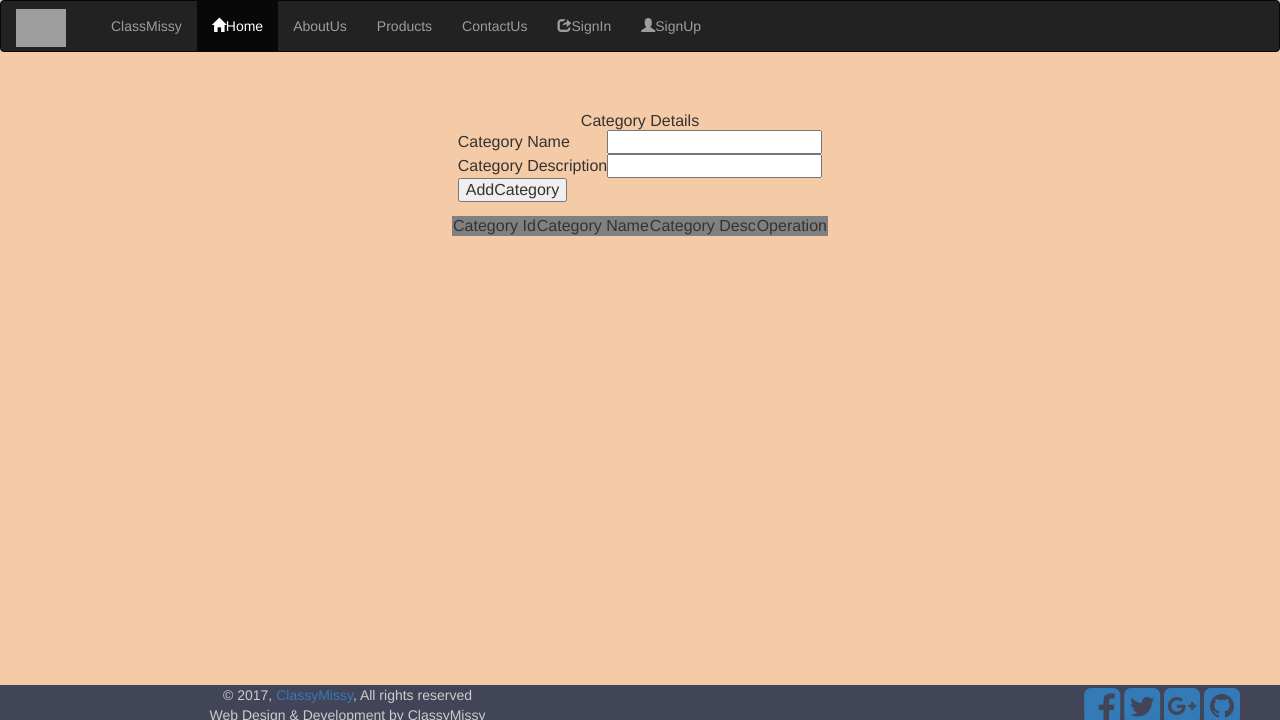
Repository: ananthi024/eCommerce-Project
Page: http://localhost/ClassyMissyFrontend/WEB-INF/views/Category.jsp
An editor plug-in stored every save of this project. The page is shown before and after the next save, followed by the edit.
The browser window is 1280 px wide. The pictures show the whole page.
Pictures or frames that could not be fetched are drawn as grey boxes. Some web libraries are served in a nearby version. The page is served by Tomcat 9. Nobody is signed in. Other server files are loaded and not shown. The template is opened directly, without the code that normally fills it, so the values that code supplies are empty.

Above is the page before, as saved 2017-07-11 17:40:16.
Console error (its wording comes from the project's code and is left out).

### 13th July/MyProject/ClassyMissyFrontend/src/main/webapp/WEB-INF/views/Category.jsp
<%@ page language="java" contentType="text/html"%>
 <%@ taglib uri="http://java.sun.com/jsp/jstl/core" prefix="c" %>

<%@include file="Header.jsp" %>

<!-- Category Form Started -->
<c:if test="${flag }">
<form action = "/ClassyMissyFrontend/updateCategory" method = "post" />
</c:if>
<c:if test="${!flag}">
<form action="AddCategory" method="post">
</c:if>
<table align="center" cellspacing="2">
	<tr>
		<td colspan="2"><center>Category Details</center></td><br>
		<c:if test="${flag}">
		<input type="hidden" name="catid" value="${category.catid}"/>
		</c:if>
	</tr>
	<tr>
	<td>Category Name</td>
	<c:if test="${flag}">
	<td><input type="text" name="catname" value="${category.catname }"/></td>
	</c:if><br>
	<c:if test="${!flag}">
	<td><input type="text" name="catname"/></td>
	</c:if>
	</tr>
	<tr>
	<td>Category Description</td>
	<c:if test="${flag}">
	<td><input type="text" name="catdesc" value="${category.catdesc }"/></td>
	</c:if>
	<c:if test="${!flag}">
	<td><input type="text" name="catdesc"/></td>
	</c:if>
	</tr>
	<tr>
	<td colspan="2">
		<input type="submit" value="AddCategory"/>
	</td>
	</tr>
	<tr>

	</tr>

</table>
</form>
<!-- Category Form Completed -->


<!-- Displaying the Category data using Table -->
<table cellspacing="2" align="center" border="1">
<tr bgcolor="gray">
<td>Category Id</td>
<td>Category Name</td>
<td>Category Desc</td>
<td>Operation</td>
</tr>
<c:forEach items="${catdetail}" var="category">
<tr bgcolor="pink">
<td>${category.catid}</td>
<td>${category.catname}</td>
<td>${category.catdesc}</td>
<td>
<a href="<c:url value="deleteCategory/${category.catid }"/>">Delete</a>
<a href="<c:url value="updateCategory/${category.catid }"/>">Update</a>
</td>
</tr>
</c:forEach>
</table>
<!--Completed Displaying Table--->
<%@include file="Footer.jsp" %>
</body>
</html>

### 13th July/MyProject/ClassyMissyFrontend/src/main/webapp/WEB-INF/views/Header.jsp
<%@ page language="java" contentType="text/html"%>
<%@ taglib uri="http://java.sun.com/jsp/jstl/core" prefix="c" %>
<html>
<head>
<title>ClassyMissy</title>

<meta name="viewport" content="width=device-width,initial-scale=1">
<link rel="stylesheet" href="https://maxcdn.bootstrapcdn.com/bootstrap/3.3.7/css/bootstrap.min.css">
<script src="https://maxcdn.bootstrapcdn.com/bootstrap/3.3.7/js/bootstrap.min.js"></script>
<script src="https://ajax.googleapis.com/ajax/libs/jquery/3.1.1/jquery.min.js"></script>

</head>
<body style="background-color:#f5cba7">
<form action="gh">
<!-- Starting The Navbar Code -->
<nav class="navbar navbar-inverse">
<div class="container-fluid">

<div class="navbar-header">
<a class="navbar-brand" rel="home" href="#" title="The Exprssion of Pearl">
                <img style="max-width:50px; margin-top: -7px;"
                     src="D:\cma2.jpg">
            </a>
<a class="navbar-brand" href="Home.jsp"></a>
</div>
<div>
<c:if test="${sessionScope.loggedIn }">

<ul class="nav navbar-nav">
<li>ClassMissy</li>
<li class="active"><a href="AdminHome"><span class="glyphicon glyphicon-home"></span>Home</a></li>
<li><a href="Category">Manage Category</a></li>
<li><a href="Product">Manage Products</a>
<li><a href="Supplier">Manage Supplier</a></li>

<div class="nav navbar-nav navbar-right">
<li><a href="#">${sessionScope.username}</a></li>
<li><a href="Header">Logout</a></li>


  </div>

 </ul>
 </div>
 </c:if>
  </div>
<div>
<c:if test="${!sessionScope.loggedIn }">

<ul class="nav navbar-nav">
<li><a href="">ClassMissy</a></li>
<li class="active"><a href="index.jsp"><span class="glyphicon glyphicon-home"></span>Home</a></li>
<li><a href="AboutUs">AboutUs</a></li>
<li><a href="displayProduct">Products</a>
<li><a href="ContactUs">ContactUs</a></li>


<div class="nav navbar-nav navbar-right">
<li><a href="login"><span class="glyphicon glyphicon-share"></span>SignIn </a></li>
<li><a href="Register"><span class="glyphicon glyphicon-user"></span>SignUp </a></li>




</div>

</ul>
</c:if>
</div>
</div>

</nav>
</form>
</body>
</html>

### 13th July/MyProject/ClassyMissyFrontend/src/main/webapp/WEB-INF/views/Footer.jsp
<%@ page language="java" contentType="text/html"%>
<html>
<head>
<link href="//maxcdn.bootstrapcdn.com/font-awesome/4.1.0/css/font-awesome.min.css" rel="stylesheet">
<meta name="viewport" content="width=device-width,initial-scale=1">
<link rel="stylesheet" href="https://maxcdn.bootstrapcdn.com/bootstrap/3.3.7/css/bootstrap.min.css">
<script src="https://maxcdn.bootstrapcdn.com/bootstrap/3.3.7/js/bootstrap.min.js"></script>
<script src="https://ajax.googleapis.com/ajax/libs/jquery/3.1.1/jquery.min.js"></script>
<style type="text/css">
footer{
   background-color: #424558;
    position: fixed;
    bottom: 0;
    left: 0;
    right: 0;
    height: 35px;
    text-align: center;
    color: #CCC;
}

footer p {
    padding: 10.5px;
    margin: 0px;
    line-height: 100%;
}
</style>
</head>

<footer>
       <div class="footer-bottom">

	<div class="container">

		<div class="row">

			<div class="col-xs-12 col-sm-6 col-md-6 col-lg-6">

				<div class="copyright">

					© 2017, <a href="Home">ClassyMissy</a>, All rights reserved

				</div>

			</div>
			<div class="nav navbar-nav navbar-right">
               <div class="social-icons">

               <ul class="nomargin">

                <a href="https://www.facebook.com"><i id="social-fb" class="fa fa-facebook-square fa-3x social"></i></a>
	            <a href="https://twitter.com"><i id="social-tw" class="fa fa-twitter-square fa-3x social"></i></a>
	            <a href="https://plus.google.com"><i id="social-gp" class="fa fa-google-plus-square fa-3x social"></i></a>
	            <a href="https://github.com"><i id="social-gh" class="fa fa-github-square fa-3x social"></i></a>

                                    </ul>
                                </div></div>
			<div class="col-xs-12 col-sm-6 col-md-6 col-lg-6">

				<div class="design">

					 Web Design & Development by ClassyMissy

				</div>

			</div>

		</div>

	</div>

</div>
    </footer>


</html>

After the next save:
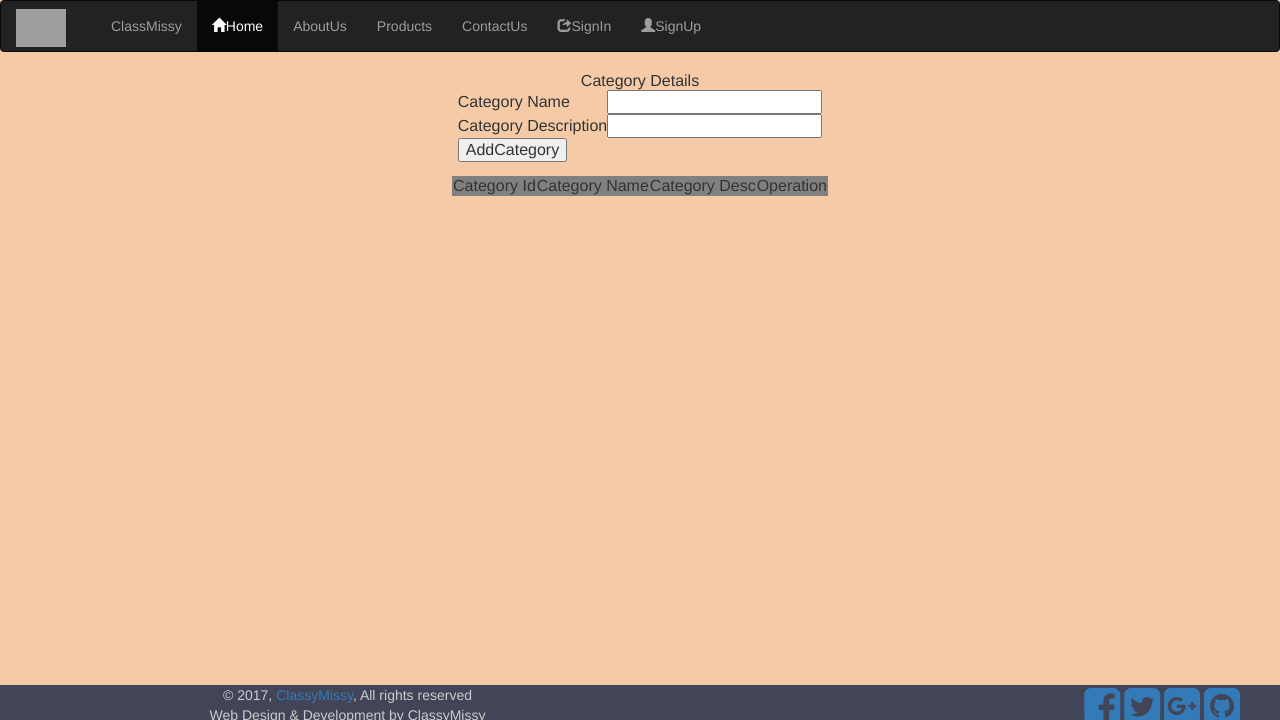
Saved 105 min 48 s later.
--- a/13th July/MyProject/ClassyMissyFrontend/src/main/webapp/WEB-INF/views/Category.jsp
+++ b/13th July/MyProject/ClassyMissyFrontend/src/main/webapp/WEB-INF/views/Category.jsp
@@ -12,7 +12,7 @@
 </c:if>
 <table align="center" cellspacing="2">
 	<tr>
-		<td colspan="2"><center>Category Details</center></td><br>
+		<td colspan="2"><center>Category Details</center></td>
 		<c:if test="${flag}">
 		<input type="hidden" name="catid" value="${category.catid}"/>
 		</c:if>
@@ -21,7 +21,7 @@
 	<td>Category Name</td>
 	<c:if test="${flag}">
 	<td><input type="text" name="catname" value="${category.catname }"/></td>
-	</c:if><br>
+	</c:if>
 	<c:if test="${!flag}">
 	<td><input type="text" name="catname"/></td>
 	</c:if>
